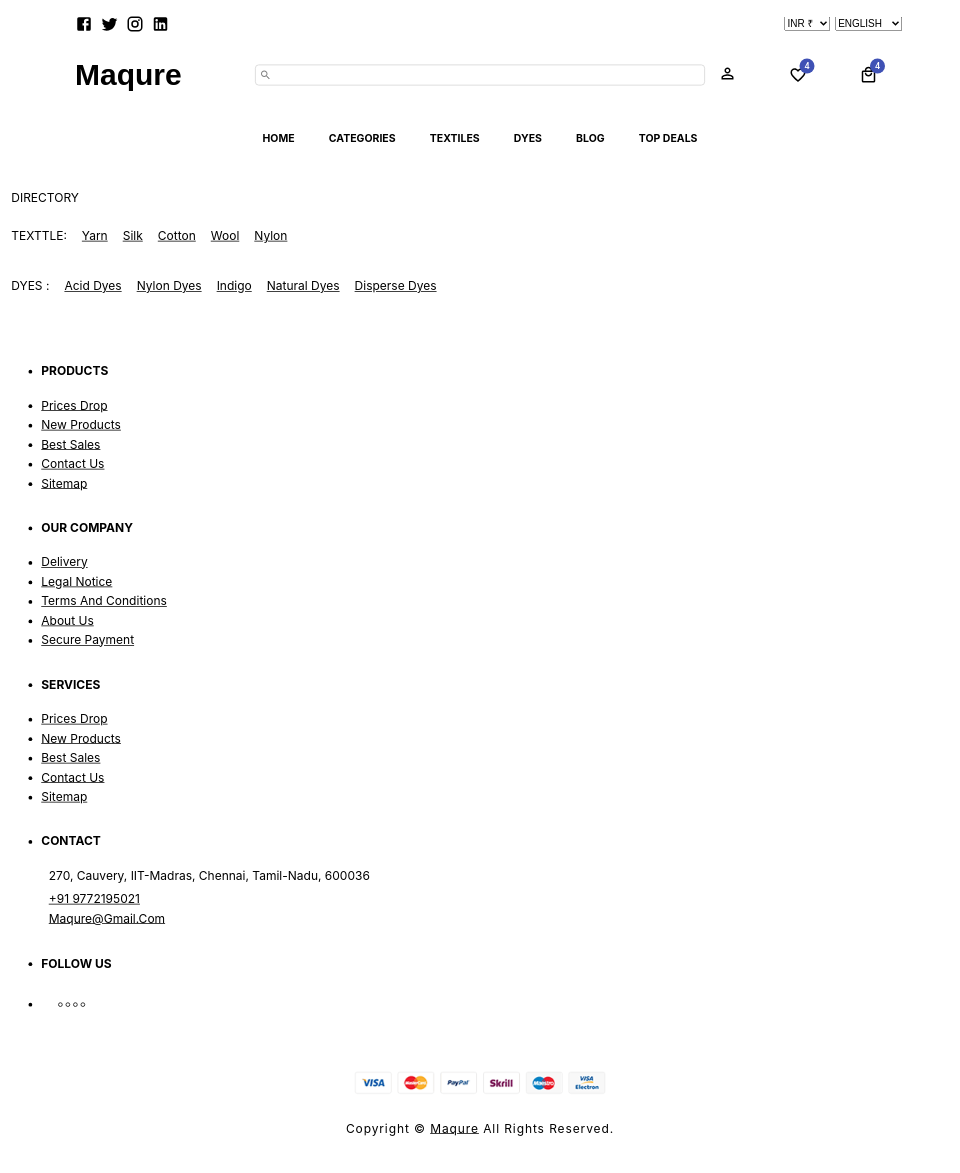
Repository: harshitsingh85420/Maqure
Page: /
These files come from the project's save history. The page is drawn as it stood at one moment and after the next save; the edit follows.
The browser window is 1280 px wide. The pictures show the whole page, at 75% of full size.
The project was rebuilt for these pictures with package versions that can differ from the ones it lists, and the page was loaded fresh each time.

Above is the page before, as saved 2022-05-26 02:46:43.

### src/pages/Home.jsx
import React from 'react'
import Footer from '../components/Footer'
import Header from '../components/Header'
import Header2 from '../components/Header2'
import Navbar from '../components/Navbar'

const Home = () => {
  return (
    <div>
        <Header/>
        <Header2/>
        <Navbar />
        <Footer/>
    </div>
    )
}

export default Home

### src/components/Footer.jsx
import React from 'react'
import './CSS/Footer.css';

function Footer() {
  return (
    <>
<div className="footer">
<div className="footer-category">

<div className="container">

  <h2 className="footer-category-title">Directory</h2>

  <div className="footer-category-box">

    <h3 className="category-box-title">Texttle:</h3>

    <a href="#" className="footer-category-link">Yarn</a>
    <a href="#" className="footer-category-link">Silk</a>
    <a href="#" className="footer-category-link">Cotton</a>
    <a href="#" className="footer-category-link">Wool</a>
    <a href="#" className="footer-category-link">Nylon</a>
  </div>

  <div className="footer-category-box">
    <h3 className="category-box-title">Dyes :</h3>

    <a href="#" className="footer-category-link">Acid Dyes</a>
    <a href="#" className="footer-category-link">Nylon Dyes</a>
    <a href="#" className="footer-category-link">Indigo</a>
    <a href="#" className="footer-category-link">Natural Dyes</a>
    <a href="#" className="footer-category-link">Disperse Dyes</a>
    <a href="#" className="footer-category-link"></a>
  </div>


</div>

</div>

<div className="footer-nav">

<div className="container">


  <ul className="footer-nav-list">

    <li className="footer-nav-item">
      <h2 className="nav-title">Products</h2>
    </li>

    <li className="footer-nav-item">
      <a href="#" className="footer-nav-link">Prices drop</a>
    </li>

    <li className="footer-nav-item">
      <a href="#" className="footer-nav-link">New products</a>
    </li>

    <li className="footer-nav-item">
      <a href="#" className="footer-nav-link">Best sales</a>
    </li>

    <li className="footer-nav-item">
      <a href="#" className="footer-nav-link">Contact us</a>
    </li>

    <li className="footer-nav-item">
      <a href="#" className="footer-nav-link">Sitemap</a>
    </li>

  </ul>

  <ul className="footer-nav-list">

    <li className="footer-nav-item">
      <h2 className="nav-title">Our Company</h2>
    </li>

    <li className="footer-nav-item">
      <a href="#" className="footer-nav-link">Delivery</a>
    </li>

    <li className="footer-nav-item">
      <a href="#" className="footer-nav-link">Legal Notice</a>
    </li>

    <li className="footer-nav-item">
      <a href="#" className="footer-nav-link">Terms and conditions</a>
    </li>

    <li className="footer-nav-item">
      <a href="#" className="footer-nav-link">About us</a>
    </li>

    <li className="footer-nav-item">
      <a href="#" className="footer-nav-link">Secure payment</a>
    </li>

  </ul>

  <ul className="footer-nav-list">

    <li className="footer-nav-item">
      <h2 className="nav-title">Services</h2>
    </li>

    <li className="footer-nav-item">
      <a href="#" className="footer-nav-link">Prices drop</a>
    </li>

    <li className="footer-nav-item">
      <a href="#" className="footer-nav-link">New products</a>
    </li>

    <li className="footer-nav-item">
      <a href="#" className="footer-nav-link">Best sales</a>
    </li>

    <li className="footer-nav-item">
      <a href="#" className="footer-nav-link">Contact us</a>
    </li>

    <li className="footer-nav-item">
      <a href="#" className="footer-nav-link">Sitemap</a>
    </li>

  </ul>

  <ul className="footer-nav-list">

    <li className="footer-nav-item">
      <h2 className="nav-title">Contact</h2>
    </li>

    <li className="footer-nav-item flex">
      <div className="icon-box">
        <ion-icon name="location-outline"></ion-icon>
      </div>

      <address className="content">
        270, Cauvery, IIT-Madras,
        Chennai, Tamil-Nadu,
        600036

      </address>
    </li>

    <li className="footer-nav-item flex">
      <div className="icon-box">
        <ion-icon name="call-outline"></ion-icon>
      </div>

      <a href="tel:+607936-8058" className="footer-nav-link">+91 9772195021</a>
    </li>

    <li className="footer-nav-item flex">
      <div className="icon-box">
        <ion-icon name="mail-outline"></ion-icon>
      </div>

      <a href="mailto:example@gmail.com" className="footer-nav-link">maqure@gmail.com</a>
    </li>

  </ul>

  <ul className="footer-nav-list">

    <li className="footer-nav-item">
      <h2 className="nav-title">Follow Us</h2>
    </li>

    <li>
      <ul className="social-link">

        <li className="footer-nav-item">
          <a href="#" className="footer-nav-link">
            <ion-icon name="logo-facebook"></ion-icon>
          </a>
        </li>

        <li className="footer-nav-item">
          <a href="#" className="footer-nav-link">
            <ion-icon name="logo-twitter"></ion-icon>
          </a>
        </li>

        <li className="footer-nav-item">
          <a href="#" className="footer-nav-link">
            <ion-icon name="logo-linkedin"></ion-icon>
          </a>
        </li>

        <li className="footer-nav-item">
          <a href="#" className="footer-nav-link">
            <ion-icon name="logo-instagram"></ion-icon>
          </a>
        </li>

      </ul>
    </li>

  </ul>

</div>

</div>

<div className="footer-bottom">

<div className="container">

  <img src="./assets/images/payment.png" alt="payment method" className="payment-img"/>

  <p className="copyright">
    Copyright &copy; <a href="#">Maqure</a> all rights reserved.
  </p>

</div>

</div>
</div>
    </>
  )
}

export default Footer

### src/components/Header.jsx
import React from 'react'
import styled from 'styled-components'
import { Twitter, Instagram, LinkedIn, Facebook } from '@material-ui/icons';

const Container = styled.div`

`;
const Wrapper = styled.div`
    padding: 20px 100px;
    display: flex;
    justify-content: space-between;
`;
const Left = styled.div`
    flex: 1;
    display: flex;
    align-items: center;
`;
const MenuItem = styled.div`
font-size: 14px;
cursor: pointer;
margin-right: 10px;
`;

const Center = styled.div`
    flex: 2;
`;
const Right = styled.div`
    flex: 1;
    display: flex;
  align-items: center;
  justify-content: flex-end;
`;
const Money = styled.div`
    width: 25%;
    height: 100%;
    align-items: center;
`;
const Language = styled.div`
   width: 25%;
   height: 100%;
   align-items: center;
`;

const Header = () => {

  return (
    <Container>
    <Wrapper>
        <Left>
        <MenuItem>
          <Facebook/>
        </MenuItem>
        <MenuItem>
          <Twitter />
        </MenuItem>
        <MenuItem>
          <Instagram />
        </MenuItem>
        <MenuItem>
          <LinkedIn />
        </MenuItem>
        </Left>
        <Center>
        </Center>
        <Right>
        <Money>
          <select>
          <option>INR ₹</option>
          <option>USD $</option>
          </select>
          </Money>
          <Language>
          <select><option>ENGLISH</option>
          <option>ESPAÑOL</option>
          <option>FRANÇAIS</option>
          </select>
          </Language>
        </Right>
    </Wrapper>
    </Container>
  )
}

export default Header

### src/components/Header2.jsx
import { Search, FavoriteBorderOutlined, PersonOutlineOutlined, LocalMallOutlined  } from '@material-ui/icons';
import { Badge } from "@material-ui/core";
import React from 'react';
import styled from 'styled-components';


const Container = styled.div`
height: 60px;
`;
const Wrapper = styled.div`
  padding: 10px 40px;
  display: flex;
  align-items: center;
  justify-content: space-between;
`;
const Left = styled.div`
  flex: 1;
  display: flex;
  align-items: center;
`;
const Logo = styled.div`
font-weight: bold;
font-size: 40px;
font-family: "Poppins", sans-serif;
display: flex;
cursor: pointer;
margin-left: 60px;
`;
const Center = styled.div`
  flex: 2;
  display: flex;
`;
const SearchContainer = styled.div`
  border: 0.5px solid lightgray;
  display: flex;
  align-items: center;
  padding: 5px;
  width: 100%;
  border-radius: 5px;
  &:hover{
    border-color: black;
  }
`;
const Input = styled.div`
  border: none;
`;
const Right = styled.div`
  flex: 1;
  display: flex;
  align-items: center;
  justify-content: flex-end;
`;
const MenuItem = styled.div`
font-size: 14px;
cursor: pointer;
margin-right: 70px;
height: 100%;
`;

const Header2 = () => {
  return (
    <Container>
    <Wrapper>
        <Left><Logo>Maqure</Logo></Left>
        <Center>
          <SearchContainer>
          <Input placeholder="Search..." />
          <Search style={{ color: "gray", fontSize: 16 }}/>
          </SearchContainer>
        </Center>
        <Right>
          <MenuItem>
            <PersonOutlineOutlined />
          </MenuItem>
          <MenuItem>
            <Badge badgeContent={4} color="primary">
            <FavoriteBorderOutlined />
            </Badge>
          </MenuItem>
          <MenuItem>
            <Badge badgeContent={4} color="primary">
            <LocalMallOutlined/>
            </Badge>
          </MenuItem>
        </Right>
    </Wrapper>
    </Container>
  )
}

export default Header2

### src/components/Navbar.jsx
import React from 'react'
import styled from 'styled-components'

const Container = styled.div`
`;
const Wrapper = styled.div`
  padding: 30px 40px;
  display: flex;
  align-items: center;
  justify-content: space-between;
  margin-left: 300px;
  margin-right: 300px;
  list-style: none;
display: flex;
a {
  padding: 18px 10px;
  color: black;
  &:hover {
      color: red;
  }
  font-size: 14px;
  font-weight: bold;
  text-decoration: none;
}
`;

const Navbar = () => {
  return (
    <Container>
        <Wrapper>
      <a href="google.com">HOME</a>
      <a href="google.com">CATEGORIES</a>
      <a href="google.com">TEXTILES</a>
      <a href="google.com">DYES</a>
      <a href="google.com">BLOG</a>
      <a href="google.com">TOP DEALS</a>
        </Wrapper>
    </Container>
  )
}

export default Navbar

### src/components/CSS/Footer.css

.container { padding: 0 15px; }

/*-----------------------------------*\
  #FOOTER
\*-----------------------------------*/

footer {
    background: var(--eerie-black);
    padding: 30px 0;
  }

  .footer-category {
    margin-bottom: 30px;
    padding-bottom: 15px;
    border-bottom: 1px solid var(--onyx);
  }

  .footer-category-title {
    color: var(--salmon-pink);
    font-size: var(--fs-6);
    font-weight: var(--weight-600);
    text-transform: uppercase;
    margin-bottom: 15px;
  }

  .footer-category-box {
    display: -webkit-box;
  display: -webkit-flex;
  display: -ms-flexbox;
  display: flex;
  -webkit-flex-wrap: wrap;
      -ms-flex-wrap: wrap;
          flex-wrap: wrap;
  -webkit-box-pack: start;
  -webkit-justify-content: flex-start;
      -ms-flex-pack: start;
          justify-content: flex-start;
  -webkit-box-align: center;
  -webkit-align-items: center;
      -ms-flex-align: center;
          align-items: center;
  -webkit-column-gap: 20px;
     -moz-column-gap: 20px;
          column-gap: 20px;
  row-gap: 3px;
  margin-bottom: 15px;
  }

  .category-box-title {
    color: var(--spanish-gray);
    font-size: var(--fs-8);
    font-weight: var(--weight-600);
    text-transform: uppercase;
  }

  .footer-category-link {
    position: relative;
    color: var(--sonic-silver);
    font-size: var(--fs-7);
    text-transform: capitalize;
    transition: var(--transition-timing);
  }

  .footer-category-link:hover { color: var(--spanish-gray); }

  .footer-category-link:not(:last-child)::after {
    position: absolute;
    content: '';
    top: 3px;
    right: -10px;
    background: var(--sonic-silver);
    width: 1px;
    height: 15px;
  }


  /**
   * footer nav
   */


.footer-nav {
    border-bottom: 1px solid var(--onyx);
    padding-bottom: 30px;
    margin-bottom: 30px;
  }

  .footer-nav-list:not(:last-child) { margin-bottom: 20px; }

  .footer-nav .nav-title {
    position: relative;
    color: var(--white);
    font-size: var(--fs-7);
    text-transform: uppercase;
    margin-bottom: 15px;
    padding-bottom: 5px;
  }

  .footer-nav .nav-title::before {
    content: '';
    position: absolute;
    bottom: 0;
    left: 0;
    background: var(--salmon-pink);
    width: 60px;
    height: 1px;
  }

  .footer-nav-item { padding: 3px 0; }

  .footer-nav-link,
  .footer-nav-item .content {
    width: -webkit-max-content;
    width: -moz-max-content;
    width: max-content;
    color: var(--sonic-silver);
    font-size: var(--fs-7);
    text-transform: capitalize;
    -webkit-transition: var(--transition-timing);
    -o-transition: var(--transition-timing);
    transition: var(--transition-timing);
  }

  .footer-nav-link:hover { color: var(--salmon-pink); }

  .footer-nav-item.flex {
    display: -webkit-box;
    display: -webkit-flex;
    display: -ms-flexbox;
    display: flex;
    -webkit-box-align: start;
    -webkit-align-items: flex-start;
        -ms-flex-align: start;
            align-items: flex-start;
    gap: 10px;
  }

  .footer-nav-item .content {
    font-style: normal;
    margin-bottom: 5px;
  }

  .footer-nav-item .icon-box {
    color: var(--sonic-silver);
    font-size: 25px;
  }

  .footer-nav-item .icon-box ion-icon { --ionicon-stroke-width: 30px; }

  .footer-nav .social-link {
    display: -webkit-box;
    display: -webkit-flex;
    display: -ms-flexbox;
    display: flex;
    -webkit-box-pack: start;
    -webkit-justify-content: flex-start;
        -ms-flex-pack: start;
            justify-content: flex-start;
    -webkit-box-align: center;
    -webkit-align-items: center;
        -ms-flex-align: center;
            align-items: center;
    gap: 10px;
  }

  .social-link .footer-nav-link { font-size: 25px; }

  .footer-bottom {
    margin-bottom: 50px;
    text-align: center;
  }

  .payment-img {
    max-width: 335px;
    width: 100%;
    margin: auto;
    margin-bottom: 15px;
  }

  .copyright {
    color: var(--sonic-silver);
    font-size: var(--fs-8);
    font-weight: var(--weight-500);
    text-transform: capitalize;
    letter-spacing: 1.2px;
  }

  .copyright a {
    display: inline;
    color: inherit;
  }

Loaded but not shown: public/index.html (common file); src/index.js (common file); src/index.css (common file); src/App.js (common file); src/reportWebVitals.js (common file)

After the next save:
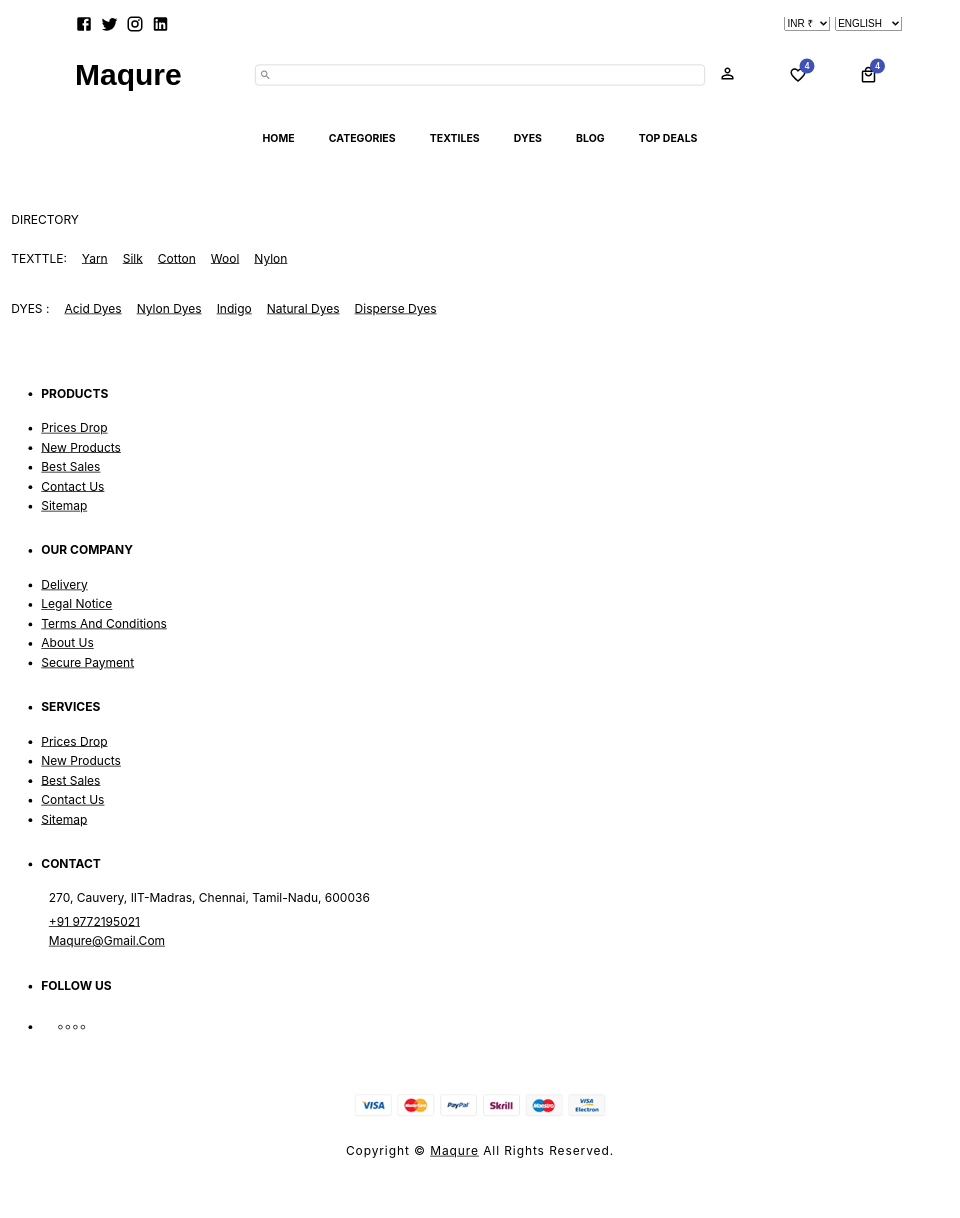
Saved 25 s later.
--- a/src/components/CSS/Footer.css
+++ b/src/components/CSS/Footer.css
@@ -5,7 +5,7 @@
   #FOOTER
 \*-----------------------------------*/
 
-footer {
+.footer {
     background: var(--eerie-black);
     padding: 30px 0;
   }
